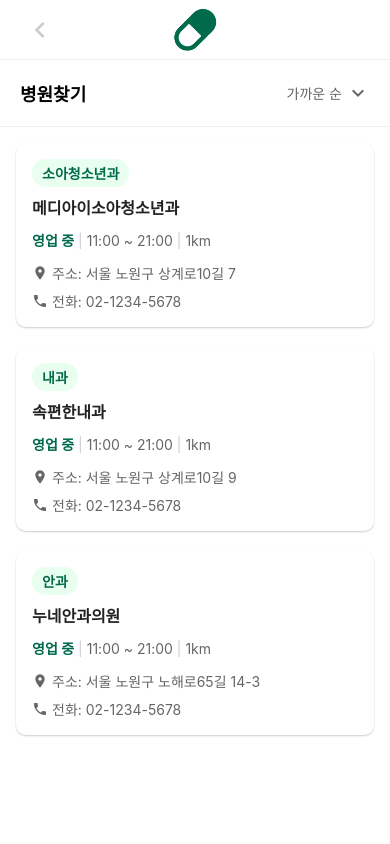
Repository: Sesac-icare/FrontEndiCare
Screen: /HospitalList (app in iCare/)
The author's editor kept a copy of each file at every save. The screen is drawn from the files as they stood at one save, then again after the next save.
The app was drawn by React Native's web renderer in a window 390 px wide. The project was rebuilt for these pictures with package versions that can differ from the ones it lists, and the page was loaded fresh each time. Some packages were replaced by stand-ins written for this rebuild. Also part of the build but not shown: iCare/components/Header.js, iCare/components/Contents.js, iCare/components/PharmacyList.js, iCare/components/MyPage.js, iCare/components/auth/SignUp.js, iCare/components/DocumentStorage.js.

Above is the screen before, as saved 2025-02-06 12:34:37.

### iCare/index.js
import { registerRootComponent } from "expo";

import App from "./App";

// registerRootComponent calls AppRegistry.registerComponent('main', () => App);
// It also ensures that whether you load the app in Expo Go or in a native build,
// the environment is set up appropriately
registerRootComponent(App);

// import { AppRegistry } from "react-native";
// import App from "./src/App";
// import { iCare } from "./app.json";

// import appConfig from "./app.json";

// const appName = appConfig.expo.name;

// AppRegistry.registerComponent(appName, () => App);

### iCare/App.js
import React, { useState, useEffect } from "react";
import { NavigationContainer } from "@react-navigation/native";
import { createNativeStackNavigator } from "@react-navigation/native-stack";
import { createBottomTabNavigator } from "@react-navigation/bottom-tabs";
import { View, StyleSheet, SafeAreaView, Text } from "react-native";
import { MaterialIcons } from "@expo/vector-icons";
import Header from "./components/Header";
import Contents from "./components/Contents";
import Splash from "./components/Splash";
import HospitalList from "./components/HospitalList";
import PharmacyList from "./components/PharmacyList";
import MyPage from "./components/MyPage";
import Login from "./components/auth/Login";
import SignUp from "./components/auth/SignUp";
import DocumentStorage from "./components/DocumentStorage";

const Stack = createNativeStackNavigator();
const Tab = createBottomTabNavigator();

// 임시 채팅, 마이페이지 컴포넌트
const ChatScreen = () => (
  <SafeAreaView style={styles.safe}>
    <View style={styles.container}>
      <Header />
      <View style={styles.center}>
        <Text>채팅 화면</Text>
      </View>
    </View>
  </SafeAreaView>
);

const HomeScreen = () => {
  return (
    <SafeAreaView style={styles.safe}>
      <View style={styles.container}>
        <Header />
        <Contents />
      </View>
    </SafeAreaView>
  );
};

// 탭 네비게이터
function TabNavigator() {
  return (
    <Tab.Navigator
      screenOptions={{
        headerShown: false,
        tabBarStyle: {
          height: 60,
          borderTopWidth: 1,
          borderTopColor: "#f0f0f0",
          paddingBottom: 20,
          paddingTop: 10,
          height: 80
        },
        tabBarActiveTintColor: "#016a4c",
        tabBarInactiveTintColor: "#CCCCCC",
        tabBarLabelStyle: {
          paddingBottom: 8,
          fontSize: 12,
          fontWeight: "500",
          marginTop: -4
        },
        tabBarIconStyle: {
          marginTop: -4
        }
      }}
    >
      <Tab.Screen
        name="홈"
        component={HomeScreen}
        options={{
          tabBarIcon: ({ color }) => (
            <MaterialIcons name="home" size={28} color={color} />
          )
        }}
      />
      <Tab.Screen
        name="채팅"
        component={ChatScreen}
        options={{
          tabBarIcon: ({ color }) => (
            <MaterialIcons name="forum" size={28} color={color} />
          )
        }}
      />
      <Tab.Screen
        name="마이페이지"
        component={MyPage}
        options={{
          tabBarIcon: ({ color }) => (
            <MaterialIcons name="person" size={28} color={color} />
          )
        }}
      />
    </Tab.Navigator>
  );
}

const App = () => {
  const [isLoading, setIsLoading] = useState(true);

  useEffect(() => {
    // 3초 후에 스플래시 화면 숨기기
    const timer = setTimeout(() => {
      setIsLoading(false);
    }, 3000);

    return () => clearTimeout(timer);
  }, []);

  if (isLoading) {
    return <Splash />;
  }

  return (
    <NavigationContainer>
      <Stack.Navigator screenOptions={{ headerShown: false }}>
        <Stack.Screen name="Login" component={Login} />
        <Stack.Screen name="SignUp" component={SignUp} />
        <Stack.Screen name="MainTabs" component={TabNavigator} />
        <Stack.Screen name="HospitalList" component={HospitalList} />
        <Stack.Screen name="PharmacyList" component={PharmacyList} />
        <Stack.Screen name="DocumentStorage" component={DocumentStorage} />
      </Stack.Navigator>
    </NavigationContainer>
  );
};

const styles = StyleSheet.create({
  safe: {
    flex: 1,
    backgroundColor: "#ffffff"
  },
  container: {
    flex: 1,
    backgroundColor: "#ffffff"
  },
  center: {
    flex: 1,
    justifyContent: "center",
    alignItems: "center"
  },
  button: {
    backgroundColor: "#f0f0f0",
    padding: 14,
    borderRadius: 9,
    marginBottom: 9,
    alignItems: "center"
  },
  buttonText: {
    fontSize: 18,
    color: "green",
    fontFamily: "NotoSansKR"
  }
});

export default App;

### iCare/components/Splash.js
import React from "react";
import { View, Text, StyleSheet, Image, Dimensions } from "react-native";

const { height } = Dimensions.get("window");

export default function Splash() {
  return (
    <View style={styles.container}>
      <View style={styles.logoContainer}>
        <Image
          source={require("../assets/iCareLogo.jpg")}
          style={styles.logo}
          resizeMode="contain"
        />
      </View>
      <View style={styles.footer}>
        <Text style={styles.title}>iCare</Text>
        <Text style={styles.subtitle}>
          아이를 위한 24시간 병원 및 약국 찾기
        </Text>
      </View>
    </View>
  );
}

const styles = StyleSheet.create({
  container: {
    flex: 1,
    backgroundColor: "#016a4c",
    justifyContent: "center"
  },
  logoContainer: {
    position: "absolute",
    top: "40%",
    left: 0,
    right: 0,
    alignItems: "center"
  },
  logo: {
    width: 200,
    height: 200
  },
  footer: {
    position: "absolute",
    bottom: 80,
    left: 0,
    right: 0,
    alignItems: "center"
  },
  title: {
    fontSize: 36,
    color: "#12b67a",
    marginBottom: 8,
    fontFamily: "NotoSansKR",
    fontWeight: "bold"
  },
  subtitle: {
    fontSize: 18,
    color: "white",
    opacity: 0.8,
    fontFamily: "NotoSansKR",
    fontWeight: "400"
  }
});

### iCare/components/HospitalList.js
import React from "react";
import {
  View,
  Text,
  StyleSheet,
  ScrollView,
  TouchableOpacity,
  SafeAreaView,
  Image
} from "react-native";
import { MaterialIcons } from "@expo/vector-icons";
import { useNavigation } from "@react-navigation/native";

export default function HospitalList() {
  const navigation = useNavigation();
  const hospitals = [
    {
      type: "소아청소년과",
      name: "메디아이소아청소년과",
      status: "영업 중",
      hours: "11:00 ~ 21:00",
      distance: "1km",
      address: "서울 노원구 상계로10길 7",
      tel: "02-1234-5678"
    },
    {
      type: "내과",
      name: "속편한내과",
      status: "영업 중",
      hours: "11:00 ~ 21:00",
      distance: "1km",
      address: "서울 노원구 상계로10길 9",
      tel: "02-1234-5678"
    },
    {
      type: "안과",
      name: "누네안과의원",
      status: "영업 중",
      hours: "11:00 ~ 21:00",
      distance: "1km",
      address: "서울 노원구 노해로65길 14-3",
      tel: "02-1234-5678"
    }
  ];

  return (
    <SafeAreaView style={styles.safe}>
      <View style={styles.container}>
        <View style={styles.header}>
          <TouchableOpacity
            style={styles.backButton}
            onPress={() => navigation.goBack()}
          >
            <MaterialIcons name="chevron-left" size={32} color="#CCCCCC" />
          </TouchableOpacity>
          <Image
            source={require("../assets/HeaderGreenLogo.png")}
            style={styles.logo}
            resizeMode="contain"
          />
        </View>

        <View style={styles.subHeader}>
          <Text style={styles.pageTitle}>병원찾기</Text>
          <TouchableOpacity style={styles.filterButton}>
            <Text style={styles.filterText}>가까운 순</Text>
            <MaterialIcons
              name="keyboard-arrow-down"
              size={24}
              color="#666666"
            />
          </TouchableOpacity>
        </View>

        <ScrollView style={styles.listContainer}>
          {hospitals.map((hospital, index) => (
            <TouchableOpacity key={index} style={styles.hospitalItem}>
              <View style={styles.hospitalHeader}>
                <View style={styles.typeLabel}>
                  <Text style={styles.typeText}>{hospital.type}</Text>
                </View>
                <Text style={styles.hospitalName}>{hospital.name}</Text>
              </View>
              <Text style={styles.statusText}>
                <Text
                  style={
                    hospital.status === "영업 중"
                      ? styles.openStatus
                      : styles.closedStatus
                  }
                >
                  {hospital.status}
                </Text>
                <Text style={styles.statusDivider}> | </Text>
                {hospital.hours}
                <Text style={styles.statusDivider}> | </Text>
                {hospital.distance}
              </Text>
              <View style={styles.addressContainer}>
                <MaterialIcons name="location-on" size={16} color="#666" />
                <Text style={styles.addressText}>주소: {hospital.address}</Text>
              </View>
              <View style={styles.telContainer}>
                <MaterialIcons name="phone" size={16} color="#666" />
                <Text style={styles.telText}>전화: {hospital.tel}</Text>
              </View>
            </TouchableOpacity>
          ))}
        </ScrollView>
      </View>
    </SafeAreaView>
  );
}

const styles = StyleSheet.create({
  safe: {
    flex: 1,
    backgroundColor: "#fff"
  },
  container: {
    flex: 1,
    backgroundColor: "#fff"
  },
  header: {
    height: 60,
    flexDirection: "row",
    alignItems: "center",
    justifyContent: "center",
    borderBottomWidth: 1,
    borderBottomColor: "#f0f0f0",
    backgroundColor: "#fff",
    position: "relative"
  },
  backButton: {
    position: "absolute",
    left: 20,
    padding: 4
  },
  logo: {
    width: 48,
    height: 48
  },
  subHeader: {
    flexDirection: "row",
    justifyContent: "space-between",
    alignItems: "center",
    padding: 20,
    backgroundColor: "#fff",
    borderBottomWidth: 1,
    borderBottomColor: "#f0f0f0"
  },
  pageTitle: {
    fontSize: 18,
    fontWeight: "bold",
    color: "#000"
  },
  filterButton: {
    flexDirection: "row",
    alignItems: "center",
    gap: 4
  },
  filterText: {
    fontSize: 14,
    color: "#666666"
  },
  listContainer: {
    flex: 1,
    padding: 16
  },
  hospitalItem: {
    marginBottom: 20,
    padding: 16,
    backgroundColor: "#fff",
    borderRadius: 10,
    elevation: 2,
    shadowColor: "#000",
    shadowOffset: {
      width: 0,
      height: 1
    },
    shadowOpacity: 0.2,
    shadowRadius: 2
  },
  hospitalHeader: {
    marginBottom: 12
  },
  typeLabel: {
    backgroundColor: "#E8FEEE",
    paddingVertical: 4,
    paddingHorizontal: 10,
    borderRadius: 20,
    alignSelf: "flex-start",
    marginBottom: 8
  },
  typeText: {
    color: "#016A4C",
    fontSize: 14,
    fontWeight: "600"
  },
  hospitalName: {
    fontSize: 16,
    fontWeight: "bold",
    color: "#222222"
  },
  openStatus: {
    color: "#016A4C",
    fontWeight: "600"
  },
  closedStatus: {
    color: "#E53935",
    fontWeight: "600"
  },
  statusDivider: {
    color: "#CCCCCC"
  },
  statusText: {
    color: "#666",
    fontSize: 14,
    marginBottom: 12,
    lineHeight: 20
  },
  addressContainer: {
    flexDirection: "row",
    alignItems: "center",
    gap: 4,
    marginBottom: 8
  },
  telContainer: {
    flexDirection: "row",
    alignItems: "center",
    gap: 4
  },
  addressText: {
    color: "#666",
    fontSize: 14,
    flex: 1
  },
  telText: {
    color: "#666",
    fontSize: 14,
    flex: 1
  }
});

### iCare/components/auth/Login.js
import React, { useState } from "react";
import {
  View,
  Text,
  StyleSheet,
  TouchableOpacity,
  SafeAreaView,
  Image,
  TextInput,
  KeyboardAvoidingView,
  Platform,
  ScrollView
} from "react-native";
import { MaterialIcons } from "@expo/vector-icons";
import { useNavigation } from "@react-navigation/native";

export default function Login() {
  const navigation = useNavigation();
  const [email, setEmail] = useState("");
  const [password, setPassword] = useState("");

  // 버튼 활성화 여부를 확인하는 함수
  const isLoginButtonEnabled = email.trim() !== "" && password.trim() !== "";

  const handleLogin = () => {
    if (!isLoginButtonEnabled) return;

    // 테스트를 위해 API 호출 없이 바로 메인 화면으로 이동
    navigation.navigate("MainTabs");

    /* 실제 API 연동 코드는 주석 처리
    fetch('api/users/login', {
      method: 'POST',
      headers: {
        'Content-Type': 'application/json',
      },
      body: JSON.stringify({
        email,
        password
      })
    })
    .then(response => response.json())
    .then(data => {
      if (data.token) {
        navigation.navigate("MainTabs");
      }
    })
    .catch(error => {
      if (error.response?.status === 400) {
        alert("이메일 또는 비밀번호가 올바르지 않습니다.");
      }
    });
    */
  };

  return (
    <SafeAreaView style={styles.safe}>
      <KeyboardAvoidingView
        behavior={Platform.OS === "ios" ? "padding" : "height"}
        style={styles.container}
      >
        <View style={styles.content}>
          <View style={styles.logoContainer}>
            <Image
              source={require("../../assets/HeaderGreenLogo.png")}
              style={styles.logo}
              resizeMode="contain"
            />
          </View>

          <View style={styles.inputSection}>
            <Text style={styles.label}>이메일</Text>
            <TextInput
              style={styles.input}
              placeholder="이메일을 입력해주세요"
              placeholderTextColor="#999"
              value={email}
              onChangeText={setEmail}
              autoCapitalize="none"
              keyboardType="email-address"
            />
          </View>

          <View style={styles.inputSection}>
            <Text style={styles.label}>비밀번호</Text>
            <TextInput
              style={styles.input}
              placeholder="비밀번호를 입력해주세요"
              placeholderTextColor="#999"
              secureTextEntry
              value={password}
              onChangeText={setPassword}
            />
          </View>
        </View>

        <View style={styles.buttonWrapper}>
          <TouchableOpacity
            style={[
              styles.loginButton,
              !isLoginButtonEnabled && styles.loginButtonDisabled
            ]}
            onPress={handleLogin}
            disabled={!isLoginButtonEnabled}
          >
            <Text
              style={[
                styles.loginButtonText,
                !isLoginButtonEnabled && styles.loginButtonTextDisabled
              ]}
            >
              로그인
            </Text>
          </TouchableOpacity>

          <TouchableOpacity
            style={styles.button}
            onPress={() => navigation.navigate("SignUp")}
          >
            <Text style={styles.buttonText}>회원가입</Text>
          </TouchableOpacity>
        </View>
      </KeyboardAvoidingView>
    </SafeAreaView>
  );
}

const styles = StyleSheet.create({
  safe: {
    flex: 1,
    backgroundColor: "#fff"
  },
  container: {
    flex: 1,
    backgroundColor: "#fff"
  },
  content: {
    flex: 1,
    padding: 24,
    justifyContent: "center"
  },
  logoContainer: {
    alignItems: "center",
    marginBottom: 60
  },
  logo: {
    width: 80,
    height: 80
  },
  inputSection: {
    marginBottom: 20
  },
  label: {
    fontSize: 14,
    color: "#222",
    marginBottom: 8,
    fontWeight: "500"
  },
  input: {
    borderWidth: 1,
    borderColor: "#E8E8E8",
    borderRadius: 8,
    padding: 12,
    fontSize: 14,
    color: "#222222"
  },
  buttonWrapper: {
    padding: 24,
    paddingBottom: Platform.OS === "ios" ? 34 : 24
  },
  loginButton: {
    backgroundColor: "#016A4C",
    paddingVertical: 15,
    borderRadius: 10,
    alignItems: "center",
    marginBottom: 12
  },
  loginButtonDisabled: {
    backgroundColor: "#CCCCCC"
  },
  loginButtonText: {
    color: "#fff",

    fontSize: 16,
    fontWeight: "600"
  },
  loginButtonTextDisabled: {
    color: "#999999"
  },
  button: {
    backgroundColor: "#fff",
    paddingVertical: 15,
    borderRadius: 10,
    alignItems: "center",
    borderWidth: 1,
    borderColor: "#016A4C"
  },
  buttonText: {
    fontSize: 16,
    color: "#016A4C",
    fontWeight: "600"
  }
});

After the next save:
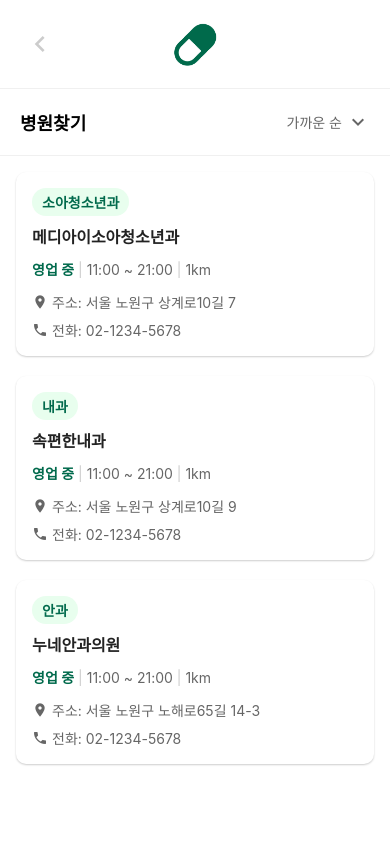
Saved 29 s later.
--- a/iCare/components/HospitalList.js
+++ b/iCare/components/HospitalList.js
@@ -122,23 +122,24 @@ const styles = StyleSheet.create({
     backgroundColor: "#fff"
   },
   header: {
-    height: 60,
-    flexDirection: "row",
-    alignItems: "center",
-    justifyContent: "center",
+    flexDirection: "row",
+    alignItems: "center",
+    padding: 20,
     borderBottomWidth: 1,
     borderBottomColor: "#f0f0f0",
-    backgroundColor: "#fff",
-    position: "relative"
+    backgroundColor: "#fff"
   },
   backButton: {
+    padding: 4,
     position: "absolute",
     left: 20,
-    padding: 4
+    zIndex: 1
   },
   logo: {
     width: 48,
-    height: 48
+    height: 48,
+    marginLeft: "auto",
+    marginRight: "auto"
   },
   subHeader: {
     flexDirection: "row",
